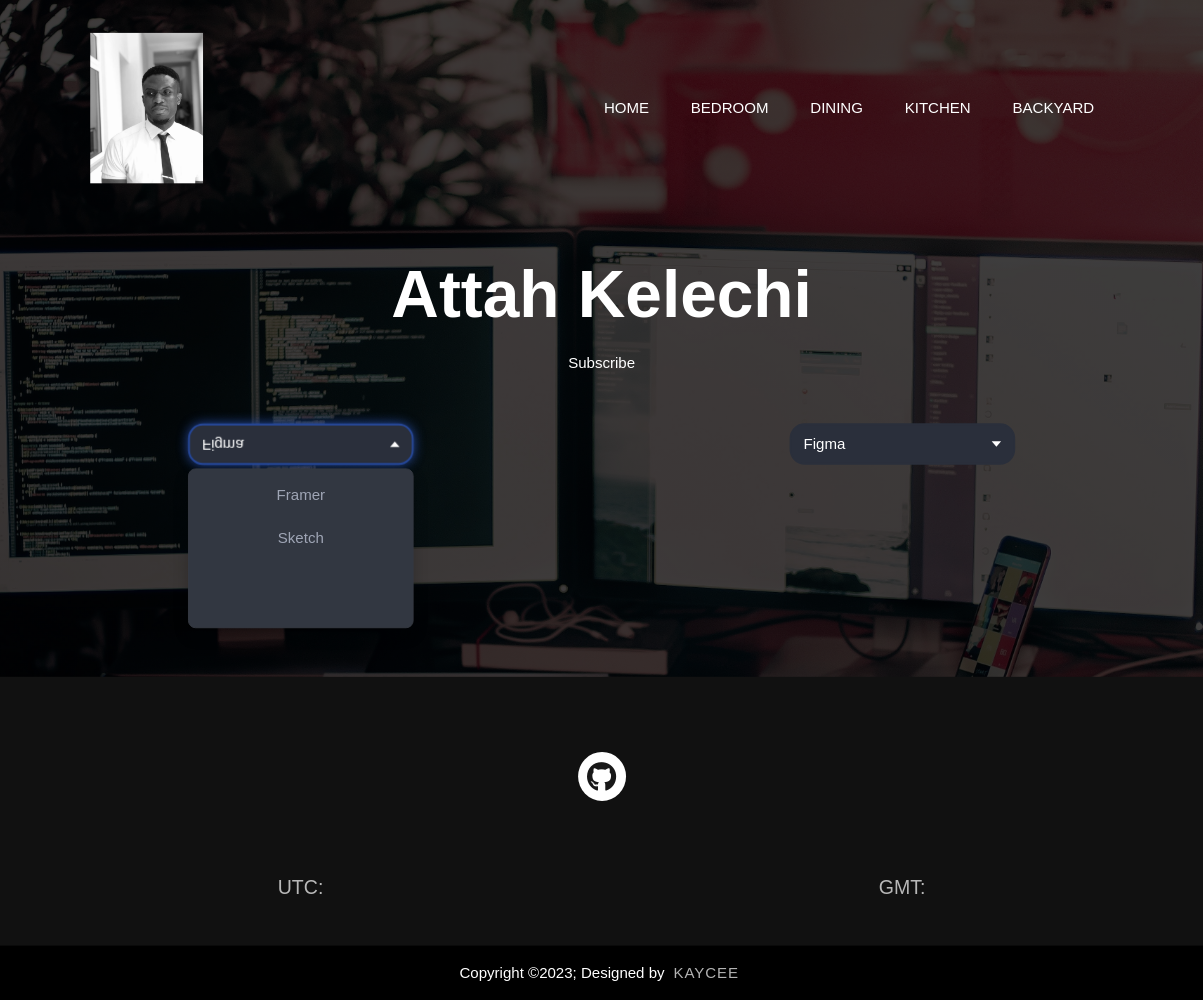
Repository: Kaycee-attah/HNG-Internship_2023
Page: index.html
An editor plug-in stored every save of this project. The page is shown before and after the next save, followed by the edit.
The browser window is 1280 px wide. The pictures show the whole page, at 94% of full size.
After loading, the first visible `div.select` was clicked once.

Above is the page before, as saved 2023-09-07 10:54:02.

### index.html
<!DOCTYPE html>
<html lang="en">
<head>
    <meta charset="UTF-8">
    <meta name="viewport" content="width=device-width, initial-scale=1.0">
    <title>How to make a website - Easy tutorial</title>
    <link rel="stylesheet" href="style.css">
    <link rel="stylesheet" href="https://cdnjs.cloudflare.com/ajax/libs/font-awesome/6.4.2/css/all.min.css" integrity="sha512-z3gLpd7yknf1YoNbCzqRKc4qyor8gaKU1qmn+CShxbuBusANI9QpRohGBreCFkKxLhei6S9CQXFEbbKuqLg0DA==" crossorigin="anonymous" referrerpolicy="no-referrer" />
</head>
<body>
    <div class="banner">
        <div class="navbar">
            <img class="logo" src="slack_DP.JPG" alt="Kaycee" data-testid="slackDisplayImage">
            <ul>
                <li><a href="#">Home</a></li>
                <li><a href="#">Bedroom</a></li>
                <li><a href="#">Dining</a></li>
                <li><a href="#">Kitchen</a></li>
                <li><a href="#">Backyard</a></li>
            </ul>
        </div>
    </div>
    <div class="content">
        <h1 data-testid="slackUserName">Attah Kelechi</h1>
        <p>Subscribe</p>
        <div class="track_info">
            <div class="dropdown">
                <div class="select">
                    <span class="selected">Figma</span>
                    <div class="caret"></div>
                </div>
                <ul class="menu">
                    <li>Framer </li>
                    <li>Sketch </li>
                </ul>

                <!-- <button type="button"><span class="btn"></span> MORE</button>
                <button type="button"><span class="btn"></span>SUBSCRIBE</button> -->
            </div>
            <div class="dropdown">
                <div class="select">
                    <span class="selected">Figma</span>
                    <div class="caret"></div>
                </div>
                <ul class="menu">
                    <li>Framer </li>
                    <li>Sketch </li>
                </ul>

                <!-- <button type="button"><span class="btn"></span> MORE</button>
                <button type="button"><span class="btn"></span>SUBSCRIBE</button> -->
            </div>
        </div>


    </div>
    <footer>
        <div class="footer_Container">
            <div class="social-icon">
                <a href=""><i class="fa-brands fa-github"></i></a>
            </div>

        </div>
        <div class="footer_Info">
            <ul>
                <li>UTC: </li>
                <li>GMT: </li>
            </ul>
        </div>
        <div class="footer_Bottom">
            <p>Copyright &copy;2023; Designed by <span class="designer">Kaycee</span></p>
        </div>
    </footer>

    <script src="script.js"></script>
</body>

</html>

### style.css
*{
    margin: 0;
    padding: 0;
    font-family: sans-serif;

}
body{
    background-image: linear-gradient(rgba(0,0,0,0.75), rgba(0,0,0,0.75)), url(IMG_6759.JPG);
    background-size: cover;
    background-position: center;
}

.banner{
    width: 100%;
    height: 100vh;


}
.navbar{
    width: 85%;
    margin: auto;
    padding: 35px 0;
    display: flex;
    align-items: center;
    justify-content: space-between;
}
.logo{
    width: 120px;
    cursor: pointer;
}
.navbar ul li{
    list-style: none;
    display: inline-block;
    margin: 0 20px;
    position: relative;
}
.navbar ul li a{
    text-decoration: none;
    color: #fff;
    text-transform: uppercase;
}
.navbar ul li::after{
    content: "";
    height: 3px;
    width: 0;
    background: #009688;
    position: absolute;
    left: 0;
    bottom: -10px;
    transition: 0.5s;
}
.navbar ul li:hover::after{
    width: 100%;
}
.content{
    width: 100%;
    position: absolute;
    top: 50%;
    transform: translateY(-50%);
    text-align: center;
    color: #fff;
}
.content h1{
    font-size: 70px;
    margin-top: 80px;
}
.content p{
    margin: 20px auto;
    font-weight: 100;
    line-height: 25px;
}
.track_info {
    display: flex;
    justify-content: space-around;
    align-items: center;
}
.dropdown{
    min-width: 15em;
    position: relative;
    margin: 2em;
    /* display: flex;
    justify-content: space-between;
    align-items: center; */

}
.dropdown *{
    box-sizing: border-box;
}

.select{
    background: #2a2f3b;
    color: #fff;
    display: flex;
    justify-content: space-between;
    align-items: center;
    border: 2px #2a2f3b solid;
    border-radius: 1em;
    cursor: pointer;
    transition: background 0.3s;
    padding: 0.7em 0.8em;
}
.select-clicked{
    border: 2px #26489a solid;
    box-shadow: 0 0 0.8em #26489a;
    display: flex;
    justify-content: space-between;


}

.select:hover{
    background: #323741;
}

.caret{
    width: 0;
    height: 0;
    border-left: 5px solid transparent;
    border-right: 5px solid transparent;
    border-top: 6px solid #fff;
    transition: 0.3s;
}

.caret-rotate{
    transform: rotateX(180deg);

}

.menu{
    list-style: none;
    padding: 0.2em 0.5em;
    background: #323741;
    border: 1px #363a43 solid;
    box-shadow: 0 0.5em 1em rgba(0, 0, 0, 0.2);
    border-radius: 0.5em;
    color: #9fa5b5;
    position: absolute;
    width: 100%;
    top: 3em;
    min-height: 170px;
    left: 50%;
    transform: translateX(-50%);
    opacity: 0;
    display: none;
    transition: 0.2s;
    z-index: 1;
}

.menu li{
    padding: 0.7em 0.5em;
    margin: 0.3em 0;
    border-radius: 0.5em;
}

.menu li:hover{
    background: #2a2d35;
}

.menu-open{
    display: block;
    opacity: 1;
}


button{
    width: 200px;
    padding: 15px 0;
    text-align: center;
    margin: 20px 10px;
    border-radius: 25px;
    font-weight: bold;
    border: 2px solid #009688;
    background: transparent;
    color: #fff;
    cursor: pointer;
    position: relative;
    overflow: hidden;
}
.btn{
    background: #009688;
    height: 100%;
    width: 0;
    border-radius: 25px;
    position: absolute;
    left: 0;
    bottom: 0;
    z-index: -1;
    transition: 0.5s;
}
button:hover span{
    width: 100%;
}
footer{
    background-color: #111;
    width: 100%;
}
.footer_Container{
    /* width: 100%; */
    padding: 70px 30px 20px;
}
.social-icon{
    display: flex;
    justify-content: center;
}
.social-icon a{
    text-decoration: none;
    padding: 10px;
    background-color: white;
    margin: 10px;
    border-radius: 50%;
}
.social-icon a i{
    font-size: 2em;
    color: black;
    opacity: 0.9;
}


.social-icon a:hover{
    background-color: #111;
    transition: 0.5s;
}
.social-icon a:hover i{
    background-color: white;
    transition: 0.5s;
}
.footer_Info{
    margin: 30px 0;
}
.footer_Info ul{
    display: flex;
    justify-content: space-around;
}
.footer_Info ul li{
    color: white;
    margin: 20px;
    text-decoration: none;
    list-style: none;
    font-size: 1.3em;
    opacity: 0.7;
    transition: 0.5s;
}

.footer_Bottom {
    background-color: #000;
    padding: 20px;
    text-align: center;
}
.footer_Bottom p{
    color: white;

}
.designer{
    opacity: 0.7;
    text-transform: uppercase;
    letter-spacing: 1px;
    font-weight: 400;
    margin: 0px 5px;
    /* position: fixed; */
}

@media (max-width: 700px){
    .footer_Info ul{
        flex-direction: column;
    }
    .footer_Info ul li{
        width: 100%;
        text-align: center;
        margin: 10px 0;
    }
}

### script.js
const now = new Date();
const day = now.getDay();
const hours = now.getHours();
const minutes = now.getMinutes();
const UTCtimeStamp = now.getTime();
const GMTdate_and_time = now.toUTCString();
const daysOfWeek = [
    "Sunday",
    "Monday",
    "Tuesday",
    "Wednesday",
    "Thursday",
    "Friday",
    "Saturday"
]
const today = daysOfWeek[day];
const UTC = now.getUTCMilliseconds();
console.log("Current day of the week:", today)
console.log("UTC:", UTC)

console.log("UTCtimeStamp:", UTCtimeStamp)
console.log("GMTdate_and_time:", GMTdate_and_time)

const dropdowns = document.querySelectorAll('.dropdown');

dropdowns.forEach(dropdown => {
    const select = dropdown.querySelector('.select');
    const caret = dropdown.querySelector('.caret');
    const menu = dropdown.querySelector('.menu');
    const options = dropdown.querySelector('.menu li');
    const selected = dropdown.querySelector('.selected');


    select.addEventListener('click', () => {
        select.classList.toggle('select-clicked');
        select.classList.toggle('caret-rotate');
        // select.classList.toggle('menu-open');
        menu.classList.toggle('menu-open');
    })

    // options.forEach(option => {
    //     option.addEventListener('click', () => {
    //         // select.classList.toggle('select-clicked');
    //         select.classList.remove('select-clicked')
    //         caret.classList.remove('caret-rotate');
    //         menu.classList.remove('menu-open');


    //     })
    // })
})

After the next save:
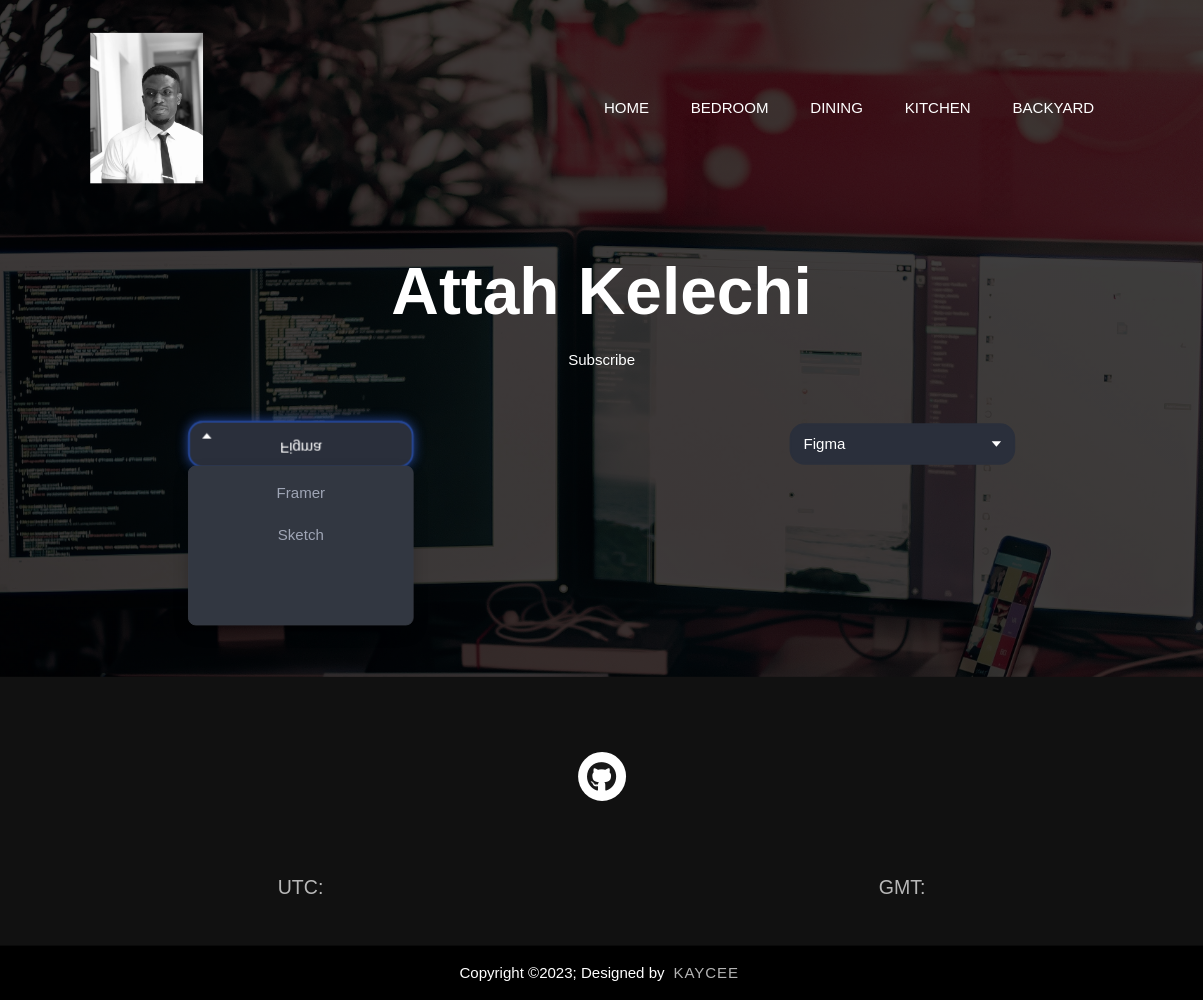
Saved 94 s later.
--- a/script.js
+++ b/script.js
@@ -34,7 +34,7 @@
     select.addEventListener('click', () => {
         select.classList.toggle('select-clicked');
         select.classList.toggle('caret-rotate');
-        // select.classList.toggle('menu-open');
+        select.classList.toggle('menu-open');
         menu.classList.toggle('menu-open');
     })
 

After the save that followed:
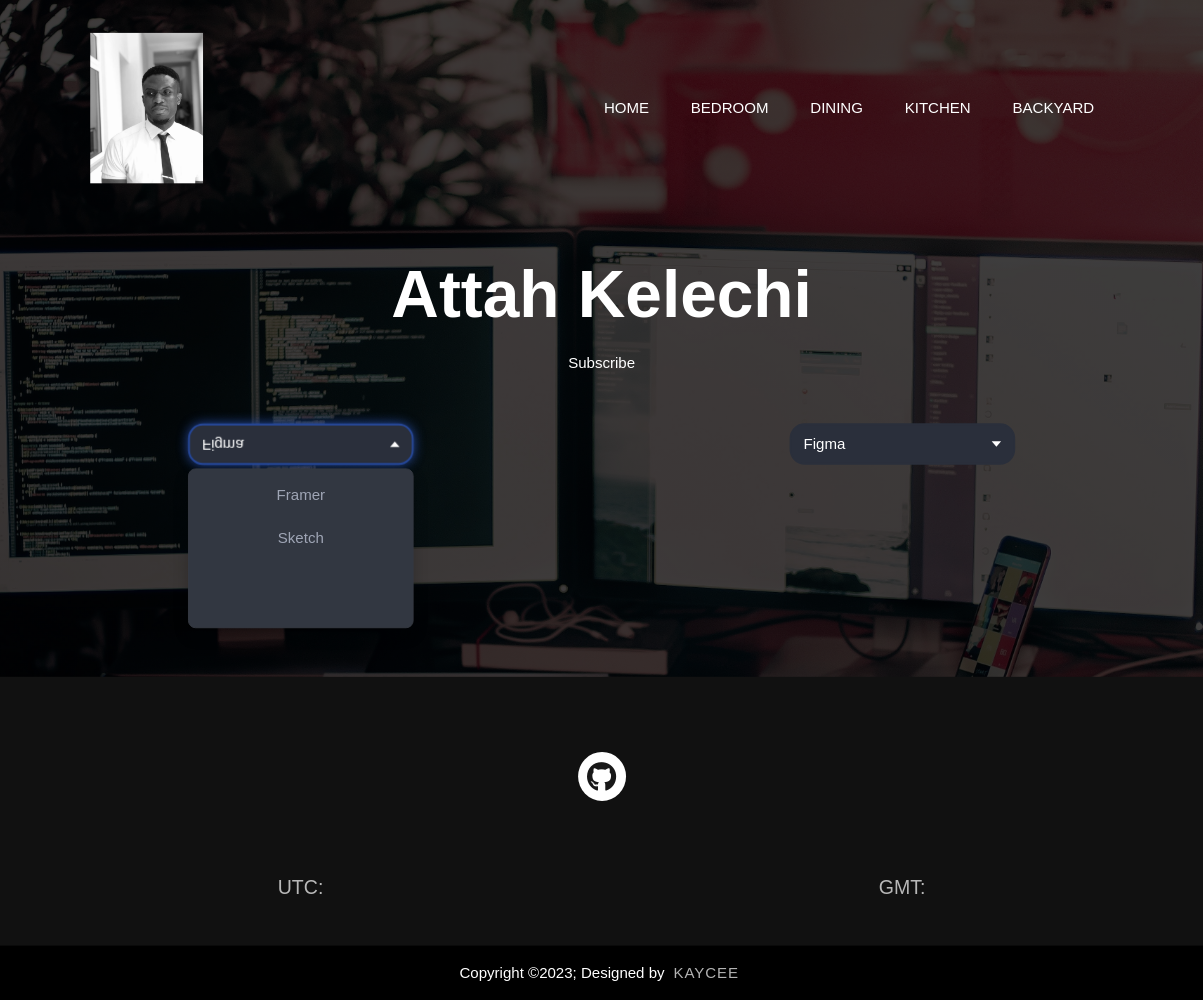
Saved 24 s later.
--- a/script.js
+++ b/script.js
@@ -34,7 +34,7 @@
     select.addEventListener('click', () => {
         select.classList.toggle('select-clicked');
         select.classList.toggle('caret-rotate');
-        select.classList.toggle('menu-open');
+        // select.classList.toggle('menu-open');
         menu.classList.toggle('menu-open');
     })
 
